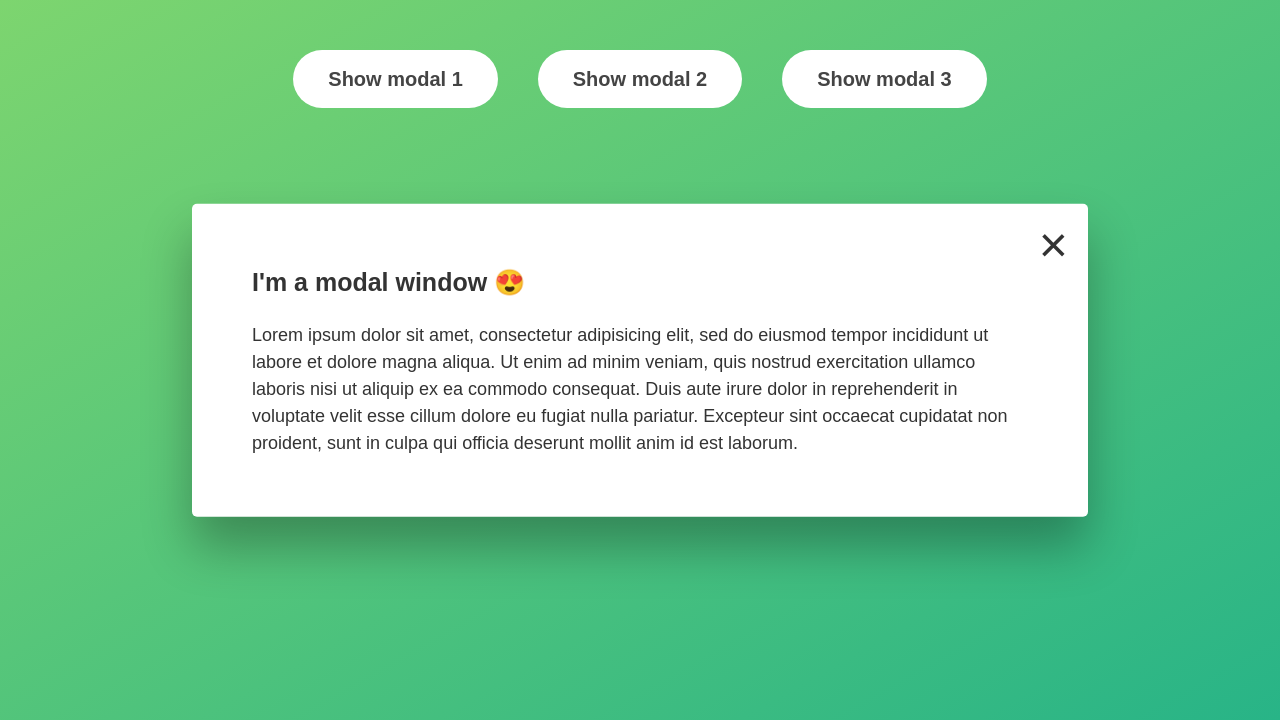
Repository: Asmat-ullah-khan/Modal-Window
Page: index.html
These files come from the project's save history. The page is drawn as it stood at one moment and after the next save; the edit follows.
The browser window is 1280 px wide. The pictures show the whole page.
After loading, the first visible `button.show-modal` was clicked once.

Above is the page before, as saved 2025-12-17 10:35:54.

After the next save:
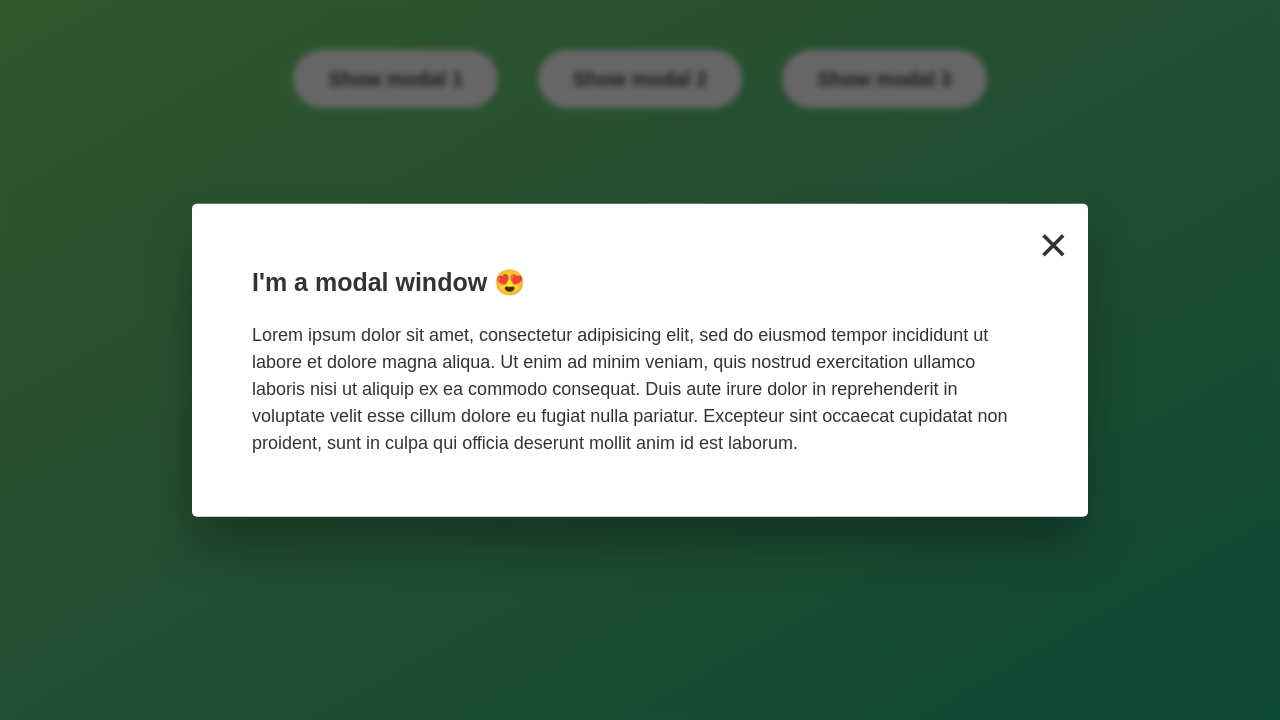
Saved 79 s later.
--- a/script.js
+++ b/script.js
@@ -6,4 +6,5 @@ const btnsOpenModal = document.querySelectorAll('.show-modal');
 for (let i = 0; i < btnsOpenModal.length; i++)
   btnsOpenModal[i].addEventListener('click', function () {
     modal.classList.remove('hidden');
+    overlay.classList.remove('hidden');
   });
